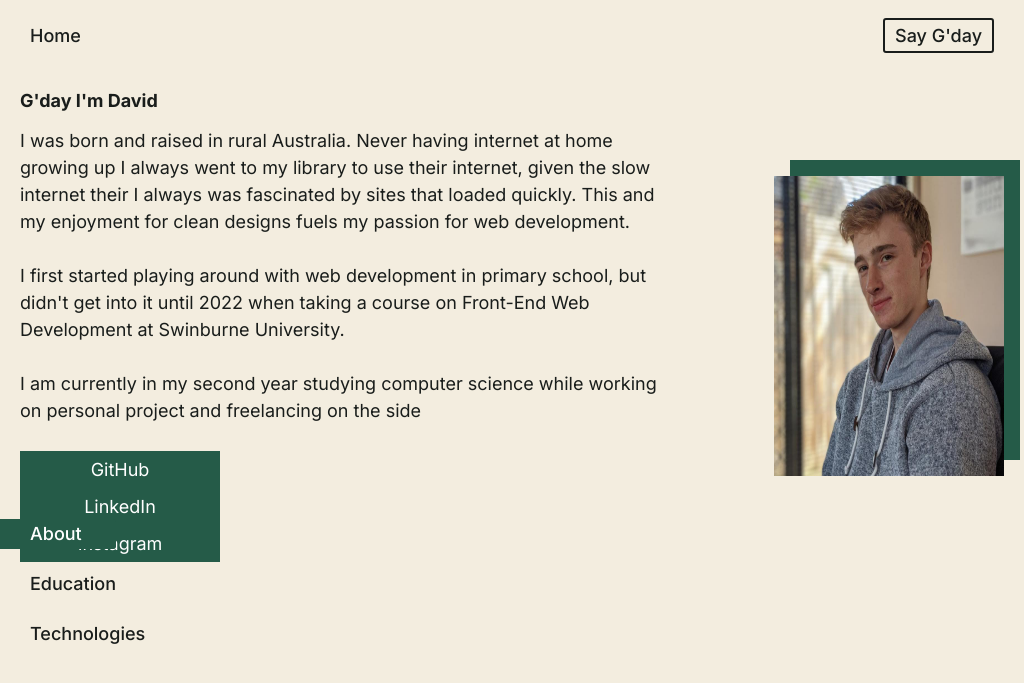
Repository: David-Waite/David-Waite-Portfolio
Page: /about
An editor plug-in stored every save of this project. The page is shown before and after the next save, followed by the edit.
The browser window is 1024 px wide. The pictures show the whole page.
The project was rebuilt for these pictures with package versions that can differ from the ones it lists, and the page was loaded fresh each time. The framework's server and built-in components were replaced by stand-ins that run in the browser. Also part of the build but not shown: next.config.js.

Above is the page before, as saved 2023-07-27 11:58:50.

### app/layout.tsx
import "./globals.css";
import type { Metadata } from "next";
import { Inter } from "next/font/google";
import Link from "next/link";
import NavBar from "./components/Nav/NavBar/NavBar";

const inter = Inter({ subsets: ["latin"] });

export const metadata: Metadata = {
  title: "Create Next App",
  description: "Generated by create next app",
};

export default function RootLayout({
  children,
}: {
  children: React.ReactNode;
}) {
  return (
    <html lang="en">
      <body className={inter.className}>
        <NavBar />
        {children}
      </body>
    </html>
  );
}

### app/about/page.tsx
"use client";

import Image from "next/image";
import styles from "./page.module.css";
import Menu from "../components/About/Menu/Menu";
import { useState } from "react";

export default function About() {
  const [selected, setSelected] = useState({
    about: true,
    education: false,
    technologies: false,
  });

  function handleClick(select: string) {
    setSelected(() => {
      return {
        about: select === "about" ? true : false,
        education: select === "education" ? true : false,
        technologies: select === "technologies" ? true : false,
      };
    });
  }

  const AboutText = (
    <>
      <h1>G&apos;day I&apos;m David</h1>
      <p className={styles.description}>
        I was born and raised in rural Australia. Never having internet at home
        growing up I always went to my library to use their internet, given the
        slow internet their I always was fascinated by sites that loaded
        quickly. This and my enjoyment for clean designs fuels my passion for
        web development.
        <br />
        <br /> I first started playing around with web development in primary
        school, but didn&apos;t get into it until 2022 when taking a course on
        Front-End Web Development at Swinburne University.
        <br />
        <br /> I am currently in my second year studying computer science while
        working on personal project and freelancing on the side
      </p>
    </>
  );

  const EducationText = (
    <>
      <h1>My Education</h1>
      <ul className={`${styles.description} ${styles.descriptionList} `}>
        <li>
          CT50220 Dimploma of Information Technology (Front End Web Development)
          | 2022
        </li>
        <li>BA-CS Bachelor of Computer Science | 2023 - current</li>
        <li>Front end developer career path (72hrs) | Scrimba (online)</li>
        <li>
          React Native - The Practical Guide 2022 (26hrs) | Udemy (online)
        </li>
        <li>
          C# Basics for Beginners: Learn C# Fundamentals by Coding (6hrs) |
          Udemy (online)
        </li>
        <li>
          C# Intermediate: Classes, Interfaces and OOP (6hrs) | Udemy (online)
        </li>
      </ul>
    </>
  );
  const TechnologiesText = (
    <>
      <h1>What I&apos;m confortable with</h1>
      <ul className={`${styles.description} ${styles.descriptionList} `}>
        <li>HTML</li>
        <li>CSS</li>
        <li>Next.Js</li>
        <li>Contentful</li>
        <li>React.Js</li>
        <li>JavaScript</li>
        <li>C#</li>
      </ul>
    </>
  );

  let textContent;

  if (selected.about) {
    textContent = AboutText;
  }
  if (selected.technologies) {
    textContent = TechnologiesText;
  }
  if (selected.education) {
    textContent = EducationText;
  }
  return (
    <main className={styles.container}>
      <Menu selected={selected} onClick={handleClick} />
      <div className={styles.content}>
        <div className={styles.textContainer}>
          <div className={styles.paragraphContainer}>{textContent}</div>
          <div className={`${styles.desktopLink} ${styles.links}`}>
            <a href="https://github.com/David-Waite" target="_blank">
              GitHub
            </a>
            <a href="www.linkedin.com/in/davidwaitedev" target="_blank">
              LinkedIn
            </a>
            <a href="https://www.instagram.com/david__waite/" target="_blank">
              Instagram
            </a>
          </div>
        </div>

        <div className={styles.imageContainer}>
          <Image src="/aboutMe.jpg" fill={true} alt="David" />
        </div>
      </div>
    </main>
  );
}

### app/contact/send/route.ts
import mail from "@sendgrid/mail";
import { NextResponse } from "next/server";

// Create an api key in sendgrid and store someplace safe
mail.setApiKey(process.env.SENDGRID_API_KEY || "");

type ResponseData = {
  status?: string;
  message?: string;
};

export async function POST(request: Request) {
  let response: ResponseData = {};
  const body = await request.json();
  // I know the formData I sent in my request has name, email, and message fields so I'm just manually grabbing them to format a message
  const message = `
    Name: ${body.name}\r\n
    Email: ${body.email}\r\n
    Message: ${body.message}

  `;
  const data = {
    to: "davidwaite122@gmail.com",
    from: "davidwaiteportfolio@zohomail.com.au",
    subject: "Contact Message via Sendgrid",
    text: message,
    html: message.replace(/\r\n/g, "<br>"),
  };

  // Send the data and create a response object. I'm using status and message to display a success or fail notification in the UI
  await mail
    .send(data)
    .then(() => {
      response = {
        status: "success",
        message: "Your message was sent. I'll be in contact shortly.",
      };
    })
    .catch((error) => {
      response = {
        status: "error",
        message: `Message failed to send with error, ${error}`,
      };
    });

  return NextResponse.json(response);
}

### app/globals.css
:root {
  --primary: #255b48;
  --black: #191d1b;
  --background: #f3eddf;
  --white: #ffffff;
  --grey: #606060;
  --error: #a83c23;
}

.paragraph {
  font-size: 18px;
  font-style: normal;
  font-weight: 400;
  line-height: 25.2px;
  color: var(--black);
}

body {
  background-color: var(--background);
}

* {
  padding: 0;
  margin: 0;
  box-sizing: border-box;
}

### app/components/Nav/NavBar/NavBar.tsx
"use client";
import NavButton from "../NavButton/NavButton";
import styles from "./navBar.module.css";
import { usePathname } from "next/navigation";

import Link from "next/link";

export default function NavBar() {
  const currentRoute = usePathname();

  return (
    <nav className={styles.container}>
      <Link
        className={styles.link}
        href={`./${currentRoute === "/" ? "about" : "/"}`}
      >
        {currentRoute === "/" ? "About" : "Home"}
      </Link>

      {currentRoute !== "/contact" && <NavButton />}
    </nav>
  );
}

### app/about/page.module.css
.container {
  display: flex;
  height: calc(100vh - 70px);
  width: 100%;
  align-items: center;
  justify-content: center;
}

.content {
  position: relative;
  display: flex;
  align-items: center;
  gap: 200px;
}
.imageContainer {
  position: relative;
  width: 440px;
  height: 440px;
  box-shadow: var(--primary) 16px -16px 0px 0px;
}

.descriptionList {
  margin-left: 32px;
  margin-right: -32px;
}
.content h1 {
  color: var(--black);
  font-size: 18px;
  font-weight: 700;
  margin-bottom: 16px;
}
.description {
  color: var(--black);
  font-size: 18px;
  font-weight: 400;

  width: 740px;
  height: 300px;
  line-height: 27px;
}

.links {
  margin-top: 24px;
  position: absolute;
  left: -56px;
  padding: 0 56px;
  background-color: var(--primary);
  display: flex;
  align-items: center;
  flex-direction: column;
}
.mobileLink {
  display: none;
}
.links a {
  cursor: pointer !important;
  color: var(--white);
  text-decoration: none;
  font-size: 18px;
  margin: 8px 0;
}

.container hr {
  width: 100%;
  display: none;
}
.links a:hover {
  color: var(--grey);
}

.mobileMenu {
  display: none;
}

@media (max-width: 2000px) {
  .content {
    gap: 100px;
  }
}
@media (max-width: 1850px) {
  .imageContainer {
    width: 350px;
    height: 350px;
  }
}

@media (max-width: 1750px) {
  .imageContainer {
    width: 350px;
    height: 350px;
    margin-right: -50px;
  }
}

@media (max-width: 1650px) {
  .description {
    width: 700px;
    height: 300px;
  }
}

@media (max-width: 1550px) {
  .imageContainer {
    margin-right: -100px;
    width: 300px;
    height: 300px;
  }
}

@media (max-width: 1450px) {
  .imageContainer {
    margin-right: -150px;
    width: 300px;
    height: 300px;
  }
}

@media (max-width: 1350px) {
  .content {
    gap: 50px;
  }
}
@media (max-width: 1250px) {
  .description {
    width: 625px;
  }
}

@media (max-width: 1200px) {
  .container {
    padding: 20px;
    display: block;
  }

  .textContainer {
    width: 100%;
  }
  .description {
    width: 650px;
    padding: 0;
    margin: 0;
  }
  .content {
    gap: 0;
  }
  .imageContainer {
    margin-right: 0px;
  }
  .links {
    position: static;
    width: 200px;
  }
}
@media (max-width: 425px) {
  .links a,
  .content h1,
  .description {
    font-size: 16px;
  }
}

### app/components/About/Menu/Menu.tsx
"use client";
import { CSSProperties, useState } from "react";
import styles from "./menu.module.css";
export default function Menu(props: { onClick: any; selected: any }) {
  function handleClick(select: string) {
    props.onClick(select);
  }

  const selectedBackground: any = {
    left: "0px",
  };
  const selectedP: any = {
    color: "white",
  };
  return (
    <div className={styles.menu} id="menu">
      <div
        className={`${styles.linkContainer} ${styles.about}`}
        onClick={() => handleClick("about")}
      >
        <div
          className={styles.aboutBackground}
          style={Object.assign(props.selected.about && selectedBackground)}
        ></div>
        <p style={Object.assign(props.selected.about && selectedP)}>About</p>
      </div>
      <br />
      <div
        className={`${styles.linkContainer} ${styles.education}`}
        onClick={() => handleClick("education")}
      >
        <div
          className={styles.educationBackground}
          style={Object.assign(props.selected.education && selectedBackground)}
        ></div>
        <p style={Object.assign(props.selected.education && selectedP)}>
          Education
        </p>
      </div>
      <br />
      <div
        className={`${styles.linkContainer} ${styles.technologies}`}
        onClick={() => handleClick("technologies")}
      >
        <div
          className={styles.technologiesBackground}
          style={Object.assign(
            props.selected.technologies && selectedBackground
          )}
        ></div>
        <p style={Object.assign(props.selected.technologies && selectedP)}>
          Technologies
        </p>
      </div>
    </div>
  );
}

### app/components/Nav/NavButton/NavButton.tsx
import styles from "./navButton.module.css";

import Link from "next/link";

export default function NavButton() {
  return (
    <Link className={styles.container} href={"./contact"}>
      Say G&apos;day
    </Link>
  );
}

### app/components/Nav/NavBar/navBar.module.css
.container {
  display: flex;
  align-items: center;
  justify-content: space-between;
  height: 70px;
  padding: 0 30px;
}

.link {
  color: var(--black);
  text-decoration: none;
  font-size: 18px;
  font-weight: 500;
  cursor: pointer !important;
}

.link:hover {
  color: var(--grey);
}

@media (max-width: 768px) {
  .container {
    padding: 0 20px;
  }
}
@media (max-width: 425px) {
  .link {
    font-size: 16px;
  }
}

### app/components/About/Menu/menu.module.css
.menu {
  position: absolute;
  left: 0;
  font-size: 18px;
  font-weight: 500;
}

.menu div {
  display: flex;
  align-items: center;
}

.linkContainer {
  position: relative;
}
.linkContainer p {
  position: relative;
  cursor: pointer !important;
  color: var(--black);
}

.aboutBackground,
.educationBackground,
.technologiesBackground {
  position: absolute;
  background-color: var(--primary);
  left: 0;
  height: 30px;
  border-radius: 0 3px 3px 0;
  transition: 0.3s ease-in;
}
.about {
  width: 116px;
}
.aboutBackground {
  width: 116px;
  left: -116px;
}
.about:hover .aboutBackground {
  left: 0;
}

.education {
  width: 148px;
}
.educationBackground {
  width: 148px;
  left: -148px;
}
.education:hover .educationBackground {
  left: 0;
}

.technologies {
  width: 175px;
}
.technologiesBackground {
  width: 175px;
  left: -175px;
}
.technologies:hover .technologiesBackground {
  left: 0;
}

.menu p {
  top: 0;
  padding: 4px 30px;

  transition: 0.3s;
}

.selected {
  border-radius: 0 3px 3px 0;
  color: var(--white);
  background: rgb(37, 91, 72);
}

.linkContainer p:hover {
  position: relative;
  color: var(--white);
}

@media (max-width: 1200px) {
  .menu {
    top: calc((100vh - 70px) / 2 + 194px);
    z-index: 4;
  }
}

### app/components/Nav/NavButton/navButton.module.css
.container {
  border: 2px solid var(--black);
  color: var(--black);
  font-weight: 500;
  border-radius: 3px;
  font-size: 18px;
  padding: 5px 10px;
  transition: 0.3s;
  text-decoration: none;
  cursor: pointer !important;
}

.container:hover {
  background-color: var(--primary);
  color: var(--white);
}

@media (max-width: 425px) {
  .container {
    font-size: 16px;
  }
}

After the next save:
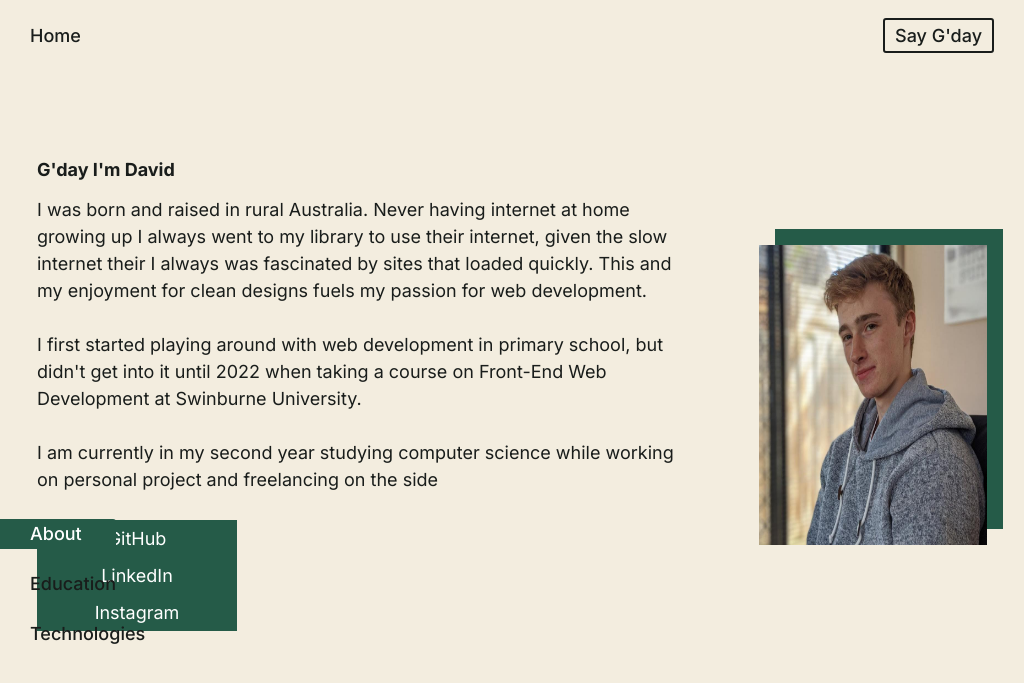
Saved 7 s later.
--- a/app/about/page.module.css
+++ b/app/about/page.module.css
@@ -128,8 +128,6 @@
 
 @media (max-width: 1200px) {
   .container {
-    padding: 20px;
-    display: block;
   }
 
   .textContainer {
